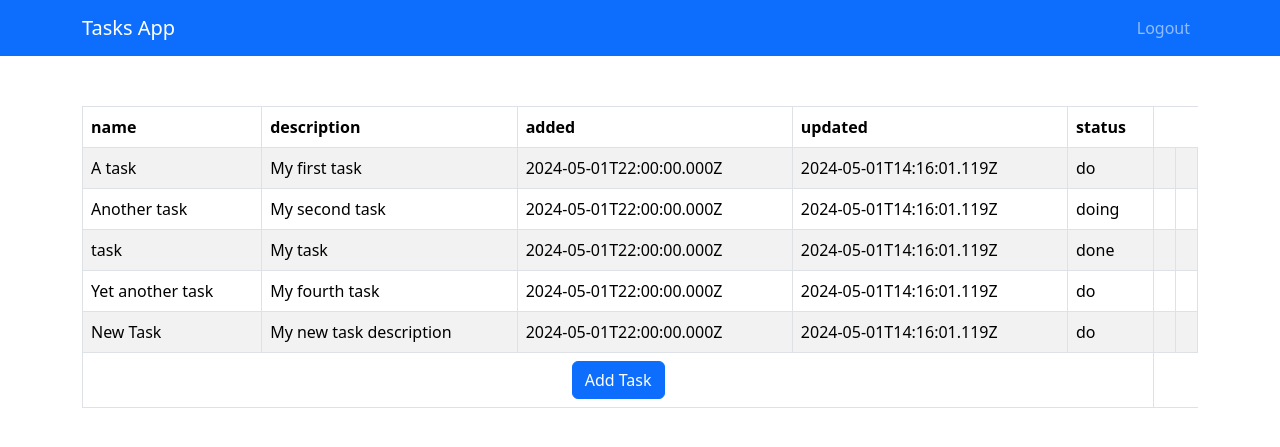
Repository: trider/react-task-manager
Page: /#/tasks
An editor plug-in stored every save of this project. The page is shown before and after the next save, followed by the edit.
The browser window is 1280 px wide. The pictures show the whole page.
The project was rebuilt for these pictures with package versions that can differ from the ones it lists, and the page was loaded fresh each time. Also part of the build but not shown: src/App.css, src/data/_Users.js, src/pages/Login.js.

Above is the page before, as saved 2024-05-06 15:16:59.

After the next save:
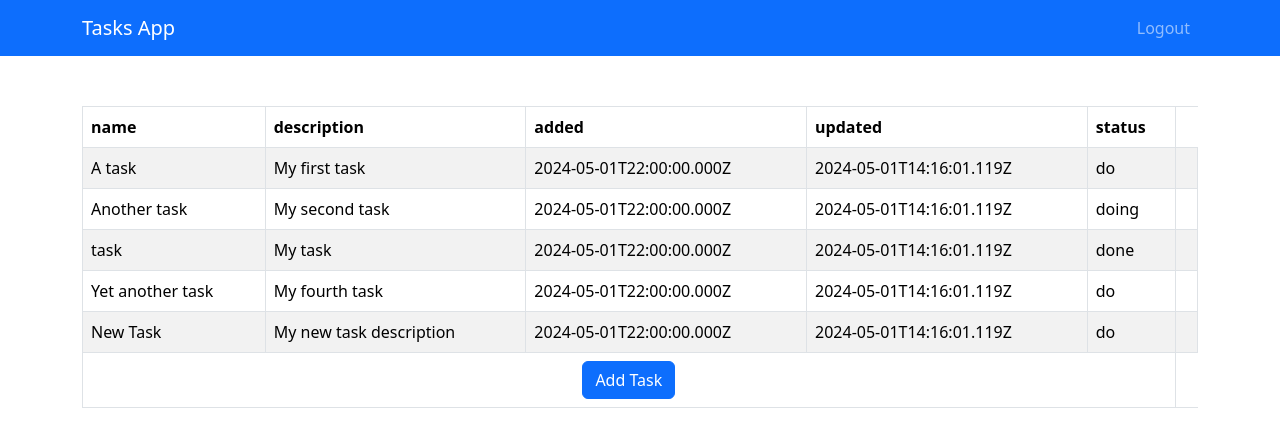
Saved 34 s later.
--- a/src/pages/Task.js
+++ b/src/pages/Task.js
@@ -25,8 +25,10 @@ const TaskTable = () => {
             {tableCols.map((col) => (
               <td key={col}>{task[col]}</td>
             ))}
-            <td></td>
-            <td></td>
+            <td>
+
+
+            </td>
           </tr>
         ))}
 
